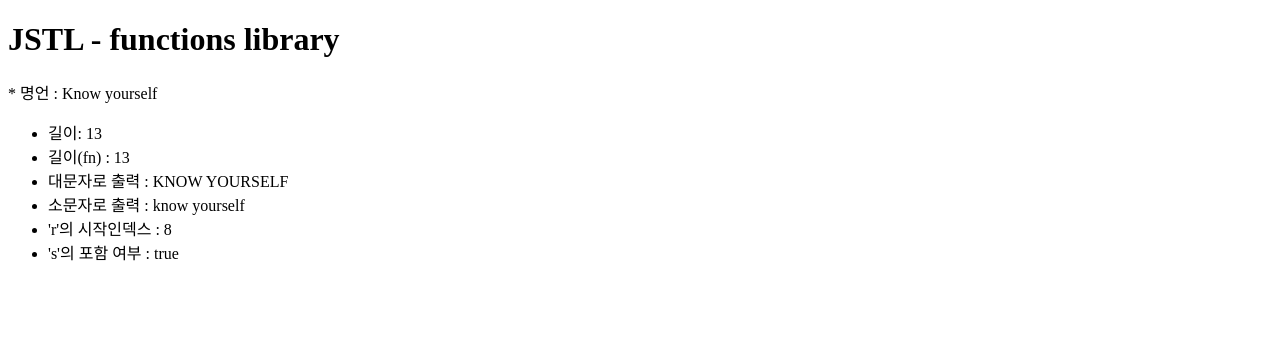
Repository: hailey-516/servlet
Page: http://localhost/3_elAction/views/3_Custom_Action/03_fn.jsp
These files come from the project's save history. The page is drawn as it stood at one moment and after a run of saves; the edit follows.
The browser window is 1280 px wide. The pictures show the whole page.
The page is served by Tomcat 9. Other server files are loaded and not shown.

Above is the page before, as saved 2024-08-28 02:26:10.

### 3_elAction/src/main/webapp/views/3_Custom_Action/03_fn.jsp
<%@ page language="java" contentType="text/html; charset=UTF-8"
    pageEncoding="UTF-8"%>
<%@ taglib prefix="c" uri="http://java.sun.com/jsp/jstl/core" %>
<%@ taglib prefix="fn" uri="http://java.sun.com/jsp/jstl/functions" %>
<!DOCTYPE html>
<html>
<head>
<meta charset="UTF-8">
<title>JSTL - fn</title>
</head>
<body>
	<h1>JSTL - functions library</h1>

	<c:set var="qt" value="Know yourself" />

	* 명언 : ${ qt }<br>

	<ul>
		<li>
			길이: ${ qt.length() }
		</li>
		<li>
			길이(fn) : ${ fn:length(qt) } <%-- ArrayList, 문자열 사용 가능 (길이) --%>
		</li>
		<li>
			대문자로 출력 : ${ fn:toUpperCase(qt) }
		</li>
		<li>
			소문자로 출력 : ${ fn:toLowerCase(qt) }
		</li>
		<li>
			'r'의 시작인덱스 : ${ fn:indexOf(qt, "r") }
		</li>
		<li>
			's'의 포함 여부 : ${ fn:contains(qt, "s") }
		</li>
	</ul>
</body>
</html>

After the next 3 saves:
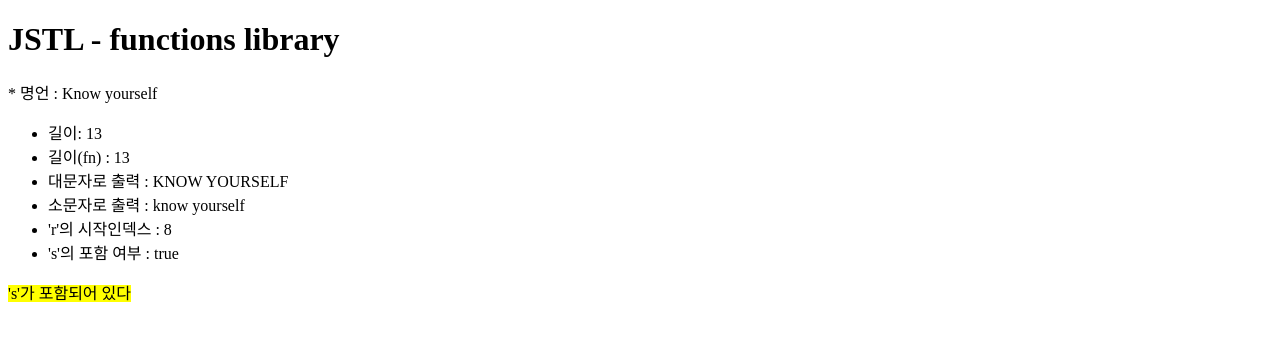
The 3 saves are shown as one change because 2 did not build or start.
The last was saved 96 s later.
--- a/3_elAction/src/main/webapp/views/3_Custom_Action/03_fn.jsp
+++ b/3_elAction/src/main/webapp/views/3_Custom_Action/03_fn.jsp
@@ -35,5 +35,9 @@
 			's'의 포함 여부 : ${ fn:contains(qt, "s") }
 		</li>
 	</ul>
+
+	<c:if test="${ fn:contains(qt, 's') }">
+		<mark>'s'가 포함되어 있다</mark>
+	</c:if>
 </body>
 </html>
